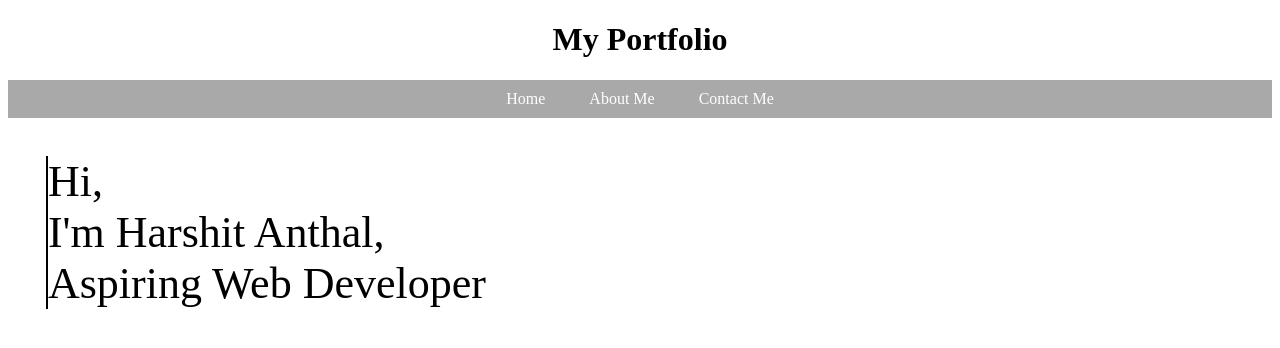
Repository: harshitanthal1/my_portfolio
Page: index.html
These files come from the project's save history. The page is drawn as it stood at one moment and after the next save; the edit follows.
The browser window is 1280 px wide. The pictures show the whole page.

Above is the page before, as saved 2024-02-04 10:55:59.

### index.html
<!DOCTYPE html>
<html lang="en">
<head>
    <meta charset="UTF-8">
    <meta name="viewport" content="width=device-width, initial-scale=1.0">
    <title>My Portfolio</title>
    <link rel="stylesheet" href="styles/styles.css" />
</head>
<body>
    <header><h1>My Portfolio</h1></header>
    <nav>
        <li><a href="index.html" >Home</a></li>
        <li><a href="aboutme.html"  >About Me</a></li>
        <li><a href="contactme.html" >Contact Me</a></li>
    </nav>
    <p id="home-intro">
        Hi,<br />
        I'm Harshit Anthal,<br />
        Aspiring Web Developer
    </p>
</body>
</html>

### styles/styles.css
header {
    text-align: center;
}

nav {
    background-color: darkgrey;
    color: white;
    padding: 10px;
    text-align: center;
}

li {
    display: inline;
    margin-right: 20px;
    margin-left: 20px;
}

a {
    text-decoration: none;
    color: white;
}

main {
    display: flex;
    flex-direction: row;
}

#profile {
    width: 29%;
    margin-right: 1%;;
    padding: 10px;
    width: 350px;
    border-right: 2px solid black;
}

#info {
    display: flex;
    width: 70%;
    justify-content: space-around;
}

.sub-box {
    width: 30%;
    border: 1.5px solid black;
    border-radius: 25px;
    padding: 10px;
}

h3 {
    text-align: center;
    border-bottom: 1.5px solid black;

}

#profile-summery {
    text-align: justify;
}

#home-intro {
    font-size: 44px;
    margin-left: 3%;
    margin-top: 3%;
    border-left: 2px solid black;
}

img {
    border-radius: 50%;
}

h2 {
    text-align: center;
}

After the next save:
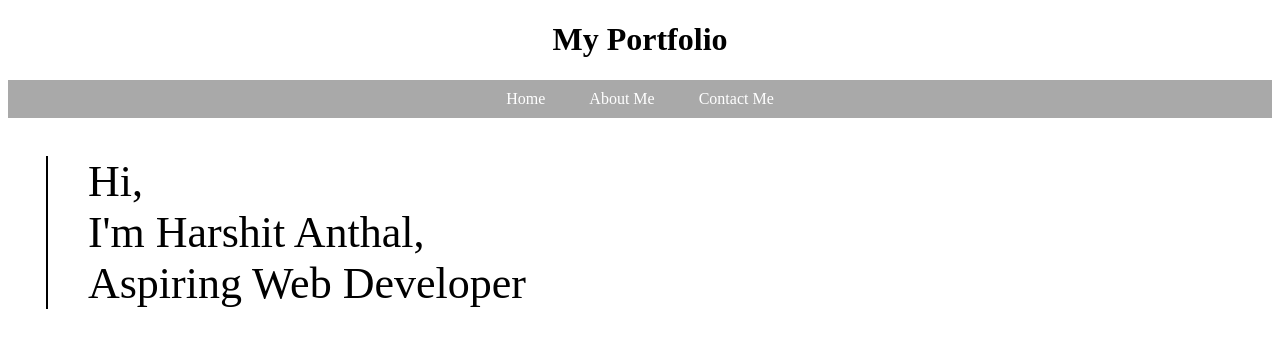
Saved 30 s later.
--- a/styles/styles.css
+++ b/styles/styles.css
@@ -61,6 +61,7 @@ h3 {
     margin-left: 3%;
     margin-top: 3%;
     border-left: 2px solid black;
+    padding-left: 40px;
 }
 
 img {
